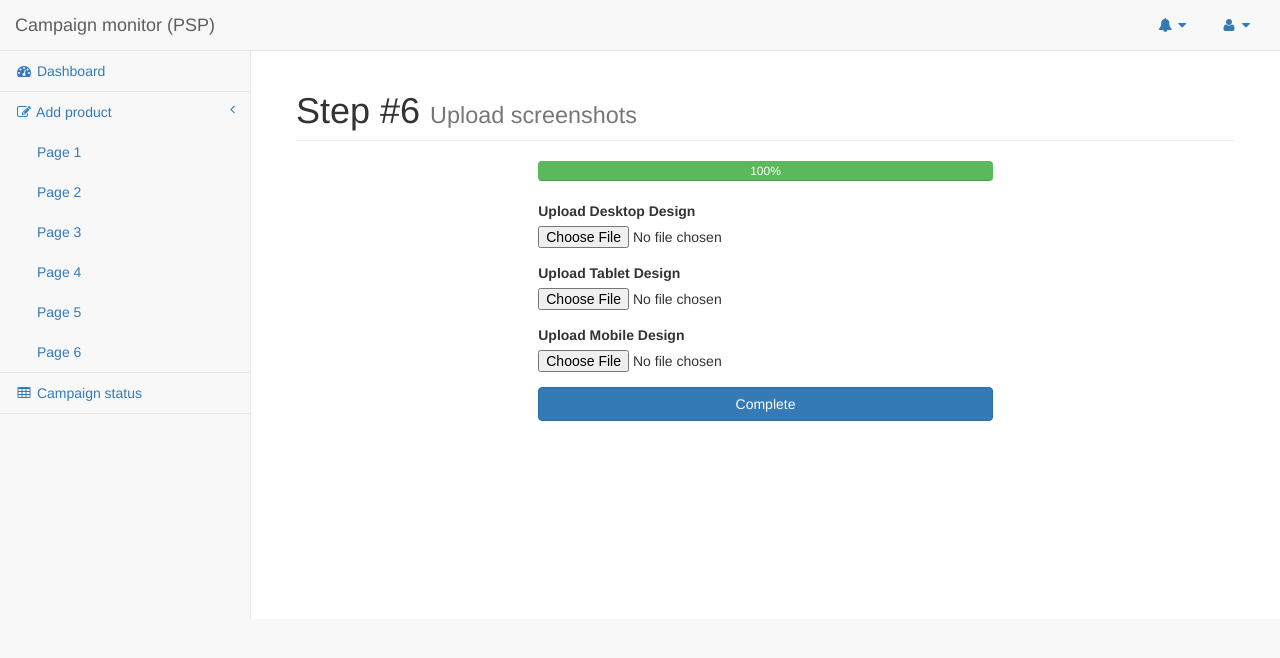
Repository: aneeshsingh/workspace
Page: http://localhost/analytics/Add_Product_Page_6.jsp
These files come from the project's save history. The page is drawn as it stood at one moment and after the next save; the edit follows.
The browser window is 1280 px wide. The pictures show the whole page.
The page is served by Tomcat 9. Other server files are loaded and not shown.

Above is the page before, as saved 2016-03-07 21:20:17.
Console error (its wording comes from the project's code and is left out).

### analytics/war/Add_Product_Page_6.jsp
<!DOCTYPE html>
<html lang="en">
<%@ page import="com.macquarie.analytics.*"%>
<%@ page import="java.util.HashMap"%>
<%@ page import="java.util.Iterator"%>
<%@ page import="java.util.Map"%>
<%@ page import="java.sql.Connection"%>
<%@page language="java" session="true"%>
<head>
<meta charset="utf-8">
<meta http-equiv="X-UA-Compatible" content="IE=edge">
<meta name="viewport" content="width=device-width, initial-scale=1">
<meta name="description" content="">
<meta name="author" content="">
<title>Campaign monitor (PSP) - Add product</title>

<!-- Bootstrap Core CSS -->
<link href="bower_components/bootstrap/dist/css/bootstrap.min.css" rel="stylesheet">

<!-- MetisMenu CSS -->
<link href="bower_components/metisMenu/dist/metisMenu.min.css" rel="stylesheet">

<!-- Timeline CSS -->
<link href="dist/css/timeline.css" rel="stylesheet">

<!-- Custom CSS -->
<link href="dist/css/sb-admin-2.css" rel="stylesheet">

<!-- Morris Charts CSS -->
<link href="bower_components/morrisjs/morris.css" rel="stylesheet">

<!-- Custom Fonts -->
<link href="bower_components/font-awesome/css/font-awesome.min.css" rel="stylesheet" type="text/css">

<!-- HTML5 Shim and Respond.js IE8 support of HTML5 elements and media queries -->
<!-- WARNING: Respond.js doesn't work if you view the page via file:// -->
<!--[if lt IE 9]>
        <script src="https://oss.maxcdn.com/libs/html5shiv/3.7.0/html5shiv.js"></script>
        <script src="https://oss.maxcdn.com/libs/respond.js/1.4.2/respond.min.js"></script>
    <![endif]-->

</head>

<body>
<div id="wrapper">
<!-- Navigation -->
<nav class="navbar navbar-default navbar-static-top" role="navigation" style="margin-bottom: 0">
	<div class="navbar-header">
		<button type="button" class="navbar-toggle" data-toggle="collapse" data-target=".navbar-collapse"> <span class="sr-only">Toggle navigation</span> <span class="icon-bar"></span> <span class="icon-bar"></span> <span class="icon-bar"></span> </button>
		<a class="navbar-brand" href="index.html">Campaign monitor (PSP)</a> </div>
	<!-- /.navbar-header -->

	<ul class="nav navbar-top-links navbar-right">
		<li class="dropdown"> <a class="dropdown-toggle" data-toggle="dropdown" href="#"> <i class="fa fa-bell fa-fw"></i> <i class="fa fa-caret-down"></i> </a>
			<ul class="dropdown-menu dropdown-alerts">
				<li> <a href="#">
					<div> <i class="fa fa-comment fa-fw"></i> New Comment <span class="pull-right text-muted small">4 minutes ago</span> </div>
					</a> </li>
				<li class="divider"></li>
				<li> <a href="#">
					<div> <i class="fa fa-twitter fa-fw"></i> 3 New Followers <span class="pull-right text-muted small">12 minutes ago</span> </div>
					</a> </li>
				<li class="divider"></li>
				<li> <a href="#">
					<div> <i class="fa fa-envelope fa-fw"></i> Message Sent <span class="pull-right text-muted small">4 minutes ago</span> </div>
					</a> </li>
				<li class="divider"></li>
				<li> <a href="#">
					<div> <i class="fa fa-tasks fa-fw"></i> New Task <span class="pull-right text-muted small">4 minutes ago</span> </div>
					</a> </li>
				<li class="divider"></li>
				<li> <a href="#">
					<div> <i class="fa fa-upload fa-fw"></i> Server Rebooted <span class="pull-right text-muted small">4 minutes ago</span> </div>
					</a> </li>
				<li class="divider"></li>
				<li> <a class="text-center" href="#"> <strong>See All Alerts</strong> <i class="fa fa-angle-right"></i> </a> </li>
			</ul>
			<!-- /.dropdown-alerts -->
		</li>
		<!-- /.dropdown -->
		<li class="dropdown"> <a class="dropdown-toggle" data-toggle="dropdown" href="#"> <i class="fa fa-user fa-fw"></i> <i class="fa fa-caret-down"></i> </a>
			<ul class="dropdown-menu dropdown-user">
				<li><a href="#"><i class="fa fa-user fa-fw"></i> User Profile</a> </li>
				<li><a href="#"><i class="fa fa-gear fa-fw"></i> Settings</a> </li>
				<li class="divider"></li>
				<li><a href="login.html"><i class="fa fa-sign-out fa-fw"></i> Logout</a> </li>
			</ul>
			<!-- /.dropdown-user -->
		</li>
		<!-- /.dropdown -->
	</ul>
	<!-- /.navbar-top-links -->

	<div class="navbar-default sidebar" role="navigation">
		<div class="sidebar-nav navbar-collapse">
			<ul class="nav" id="side-menu">
				<li> <a href="index.html"><i class="fa fa-dashboard fa-fw"></i> Dashboard</a> </li>
				<li> <a href="#"><i class="fa fa-edit fa-fw"></i> Add product<span class="fa arrow"></span></a>
					<ul class="nav nav-second-level">
						<li> <a href="Add_Product_Page_1.jsp">Page 1</a> </li>
						<li> <a href="Add_Product_Page_2.jsp">Page 2</a> </li>
						<li> <a href="Add_Product_Page_3.jsp">Page 3</a> </li>
						<li> <a href="Add_Product_Page_4.jsp">Page 4</a> </li>
						<li> <a href="Add_Product_Page_5.jsp">Page 5</a> </li>
						<li> <a href="Add_Product_Page_6.jsp">Page 6</a> </li>
					</ul>
					<!-- /.nav-second-level -->
				</li>
				<li> <a href="tables.html"><i class="fa fa-table fa-fw"></i> Campaign status</a> </li>
			</ul>
		</div>
		<!-- /.sidebar-collapse -->
	</div>
	<!-- /.navbar-static-side -->
</nav>
<div id="page-wrapper">
	<div class="container-fluid">
		<div class="row">
			<div class="col-lg-12">
				<h1 class="page-header">Step #6 <small>Upload screenshots</small></h1>
			</div>
			<!-- /.col-lg-12 -->
		</div>
		<!-- /.row -->
	</div>
	<!-- /.container -->
	<div class="container-fluid">
		<div class="row">
			<div class="col-md-push-3 col-md-6">
				<div class="progress">
					<div class="progress-bar progress-bar-success" role="progressbar" aria-valuenow="100" aria-valuemin="0" aria-valuemax="100" style="width: 100%;"> 100% </div>
				</div>
			</div>
		</div>
		<!-- /.row -->
		<div class="row">
			<div class="col-md-push-3 col-md-6">
				<form action="AddProductPageSixServlet" method="post">
					<div class="form-group">
						<label>Upload Desktop Design</label>
							<input type="file" name="file_desktop" id="file_desktop" />
						</div>
						<div class="form-group">
							<label>Upload Tablet Design</label>
							<input type="file" name="file_tablet" id="file_tablet" />
						</div>
						<div class="form-group">
							<label>Upload Mobile Design</label>
							<input type="file" name="file_mobile" id="file_mobile" />
					</div>
						<input type="hidden" name="product_id" id="product_id" value="<%=request.getAttribute("product_id")%>"/>
					<button type="submit" class="btn btn-primary btn-block text-right">Complete</button>
				</form>
			</div>
			<!-- /.row -->
		</div>
		<!-- /.container -->
	</div>
	<!-- /#page-wrapper -->
</div>
<!-- /#wrapper -->

<!-- jQuery -->
<script src="bower_components/jquery/dist/jquery.min.js"></script>

<!-- Bootstrap Core JavaScript -->
<script src="bower_components/bootstrap/dist/js/bootstrap.min.js"></script>

<!-- Metis Menu Plugin JavaScript -->
<script src="bower_components/metisMenu/dist/metisMenu.min.js"></script>

<!-- Morris Charts JavaScript -->
<script src="bower_components/raphael/raphael-min.js"></script>
<script src="bower_components/morrisjs/morris.min.js"></script>
<script src="js/morris-data.js"></script>

<!-- Custom Theme JavaScript -->
<script src="dist/js/sb-admin-2.js"></script>
</body>
</html>

### analytics/war/dist/css/timeline.css
.timeline {
    position: relative;
    padding: 20px 0 20px;
    list-style: none;
}

.timeline:before {
    content: " ";
    position: absolute;
    top: 0;
    bottom: 0;
    left: 50%;
    width: 3px;
    margin-left: -1.5px;
    background-color: #eeeeee;
}

.timeline > li {
    position: relative;
    margin-bottom: 20px;
}

.timeline > li:before,
.timeline > li:after {
    content: " ";
    display: table;
}

.timeline > li:after {
    clear: both;
}

.timeline > li:before,
.timeline > li:after {
    content: " ";
    display: table;
}

.timeline > li:after {
    clear: both;
}

.timeline > li > .timeline-panel {
    float: left;
    position: relative;
    width: 46%;
    padding: 20px;
    border: 1px solid #d4d4d4;
    border-radius: 2px;
    -webkit-box-shadow: 0 1px 6px rgba(0,0,0,0.175);
    box-shadow: 0 1px 6px rgba(0,0,0,0.175);
}

.timeline > li > .timeline-panel:before {
    content: " ";
    display: inline-block;
    position: absolute;
    top: 26px;
    right: -15px;
    border-top: 15px solid transparent;
    border-right: 0 solid #ccc;
    border-bottom: 15px solid transparent;
    border-left: 15px solid #ccc;
}

.timeline > li > .timeline-panel:after {
    content: " ";
    display: inline-block;
    position: absolute;
    top: 27px;
    right: -14px;
    border-top: 14px solid transparent;
    border-right: 0 solid #fff;
    border-bottom: 14px solid transparent;
    border-left: 14px solid #fff;
}

.timeline > li > .timeline-badge {
    z-index: 100;
    position: absolute;
    top: 16px;
    left: 50%;
    width: 50px;
    height: 50px;
    margin-left: -25px;
    border-radius: 50% 50% 50% 50%;
    text-align: center;
    font-size: 1.4em;
    line-height: 50px;
    color: #fff;
    background-color: #999999;
}

.timeline > li.timeline-inverted > .timeline-panel {
    float: right;
}

.timeline > li.timeline-inverted > .timeline-panel:before {
    right: auto;
    left: -15px;
    border-right-width: 15px;
    border-left-width: 0;
}

.timeline > li.timeline-inverted > .timeline-panel:after {
    right: auto;
    left: -14px;
    border-right-width: 14px;
    border-left-width: 0;
}

.timeline-badge.primary {
    background-color: #2e6da4 !important;
}

.timeline-badge.success {
    background-color: #3f903f !important;
}

.timeline-badge.warning {
    background-color: #f0ad4e !important;
}

.timeline-badge.danger {
    background-color: #d9534f !important;
}

.timeline-badge.info {
    background-color: #5bc0de !important;
}

.timeline-title {
    margin-top: 0;
    color: inherit;
}

.timeline-body > p,
.timeline-body > ul {
    margin-bottom: 0;
}

.timeline-body > p + p {
    margin-top: 5px;
}

@media(max-width:767px) {
    ul.timeline:before {
        left: 40px;
    }

    ul.timeline > li > .timeline-panel {
        width: calc(100% - 90px);
        width: -moz-calc(100% - 90px);
        width: -webkit-calc(100% - 90px);
    }

    ul.timeline > li > .timeline-badge {
        top: 16px;
        left: 15px;
        margin-left: 0;
    }

    ul.timeline > li > .timeline-panel {
        float: right;
    }

    ul.timeline > li > .timeline-panel:before {
        right: auto;
        left: -15px;
        border-right-width: 15px;
        border-left-width: 0;
    }

    ul.timeline > li > .timeline-panel:after {
        right: auto;
        left: -14px;
        border-right-width: 14px;
        border-left-width: 0;
    }
}

### analytics/war/dist/css/sb-admin-2.css
body {
  background-color: #f8f8f8;
}
#wrapper {
  width: 100%;
}
#page-wrapper {
  padding: 0 15px;
  min-height: 568px;
  background-color: white;
}
@media (min-width: 768px) {
  #page-wrapper {
    position: inherit;
    margin: 0 0 0 250px;
    padding: 0 30px;
    border-left: 1px solid #e7e7e7;
  }
}
.navbar-top-links {
  margin-right: 0;
}
.navbar-top-links li {
  display: inline-block;
}
.navbar-top-links li:last-child {
  margin-right: 15px;
}
.navbar-top-links li a {
  padding: 15px;
  min-height: 50px;
}
.navbar-top-links .dropdown-menu li {
  display: block;
}
.navbar-top-links .dropdown-menu li:last-child {
  margin-right: 0;
}
.navbar-top-links .dropdown-menu li a {
  padding: 3px 20px;
  min-height: 0;
}
.navbar-top-links .dropdown-menu li a div {
  white-space: normal;
}
.navbar-top-links .dropdown-messages,
.navbar-top-links .dropdown-tasks,
.navbar-top-links .dropdown-alerts {
  width: 310px;
  min-width: 0;
}
.navbar-top-links .dropdown-messages {
  margin-left: 5px;
}
.navbar-top-links .dropdown-tasks {
  margin-left: -59px;
}
.navbar-top-links .dropdown-alerts {
  margin-left: -123px;
}
.navbar-top-links .dropdown-user {
  right: 0;
  left: auto;
}
.sidebar .sidebar-nav.navbar-collapse {
  padding-left: 0;
  padding-right: 0;
}
.sidebar .sidebar-search {
  padding: 15px;
}
.sidebar ul li {
  border-bottom: 1px solid #e7e7e7;
}
.sidebar ul li a.active {
  background-color: #eeeeee;
}
.sidebar .arrow {
  float: right;
}
.sidebar .fa.arrow:before {
  content: "\f104";
}
.sidebar .active > a > .fa.arrow:before {
  content: "\f107";
}
.sidebar .nav-second-level li,
.sidebar .nav-third-level li {
  border-bottom: none !important;
}
.sidebar .nav-second-level li a {
  padding-left: 37px;
}
.sidebar .nav-third-level li a {
  padding-left: 52px;
}
@media (min-width: 768px) {
  .sidebar {
    z-index: 1;
    position: absolute;
    width: 250px;
    margin-top: 51px;
  }
  .navbar-top-links .dropdown-messages,
  .navbar-top-links .dropdown-tasks,
  .navbar-top-links .dropdown-alerts {
    margin-left: auto;
  }
}
.btn-outline {
  color: inherit;
  background-color: transparent;
  transition: all .5s;
}
.btn-primary.btn-outline {
  color: #428bca;
}
.btn-success.btn-outline {
  color: #5cb85c;
}
.btn-info.btn-outline {
  color: #5bc0de;
}
.btn-warning.btn-outline {
  color: #f0ad4e;
}
.btn-danger.btn-outline {
  color: #d9534f;
}
.btn-primary.btn-outline:hover,
.btn-success.btn-outline:hover,
.btn-info.btn-outline:hover,
.btn-warning.btn-outline:hover,
.btn-danger.btn-outline:hover {
  color: white;
}
.chat {
  margin: 0;
  padding: 0;
  list-style: none;
}
.chat li {
  margin-bottom: 10px;
  padding-bottom: 5px;
  border-bottom: 1px dotted #999999;
}
.chat li.left .chat-body {
  margin-left: 60px;
}
.chat li.right .chat-body {
  margin-right: 60px;
}
.chat li .chat-body p {
  margin: 0;
}
.panel .slidedown .glyphicon,
.chat .glyphicon {
  margin-right: 5px;
}
.chat-panel .panel-body {
  height: 350px;
  overflow-y: scroll;
}
.login-panel {
  margin-top: 25%;
}
.flot-chart {
  display: block;
  height: 400px;
}
.flot-chart-content {
  width: 100%;
  height: 100%;
}
table.dataTable thead .sorting,
table.dataTable thead .sorting_asc,
table.dataTable thead .sorting_desc,
table.dataTable thead .sorting_asc_disabled,
table.dataTable thead .sorting_desc_disabled {
  background: transparent;
}
table.dataTable thead .sorting_asc:after {
  content: "\f0de";
  float: right;
  font-family: fontawesome;
}
table.dataTable thead .sorting_desc:after {
  content: "\f0dd";
  float: right;
  font-family: fontawesome;
}
table.dataTable thead .sorting:after {
  content: "\f0dc";
  float: right;
  font-family: fontawesome;
  color: rgba(50, 50, 50, 0.5);
}
.btn-circle {
  width: 30px;
  height: 30px;
  padding: 6px 0;
  border-radius: 15px;
  text-align: center;
  font-size: 12px;
  line-height: 1.428571429;
}
.btn-circle.btn-lg {
  width: 50px;
  height: 50px;
  padding: 10px 16px;
  border-radius: 25px;
  font-size: 18px;
  line-height: 1.33;
}
.btn-circle.btn-xl {
  width: 70px;
  height: 70px;
  padding: 10px 16px;
  border-radius: 35px;
  font-size: 24px;
  line-height: 1.33;
}
.show-grid [class^="col-"] {
  padding-top: 10px;
  padding-bottom: 10px;
  border: 1px solid #ddd;
  background-color: #eee !important;
}
.show-grid {
  margin: 15px 0;
}
.huge {
  font-size: 40px;
}
.panel-green {
  border-color: #5cb85c;
}
.panel-green .panel-heading {
  border-color: #5cb85c;
  color: white;
  background-color: #5cb85c;
}
.panel-green a {
  color: #5cb85c;
}
.panel-green a:hover {
  color: #3d8b3d;
}
.panel-red {
  border-color: #d9534f;
}
.panel-red .panel-heading {
  border-color: #d9534f;
  color: white;
  background-color: #d9534f;
}
.panel-red a {
  color: #d9534f;
}
.panel-red a:hover {
  color: #b52b27;
}
.panel-yellow {
  border-color: #f0ad4e;
}
.panel-yellow .panel-heading {
  border-color: #f0ad4e;
  color: white;
  background-color: #f0ad4e;
}
.panel-yellow a {
  color: #f0ad4e;
}
.panel-yellow a:hover {
  color: #df8a13;
}

### analytics/war/js/morris-data.js
$(function() {

    Morris.Area({
        element: 'morris-area-chart',
        data: [{
            period: '2010 Q1',
            iphone: 2666,
            ipad: null,
            itouch: 2647
        }, {
            period: '2010 Q2',
            iphone: 2778,
            ipad: 2294,
            itouch: 2441
        }, {
            period: '2010 Q3',
            iphone: 4912,
            ipad: 1969,
            itouch: 2501
        }, {
            period: '2010 Q4',
            iphone: 3767,
            ipad: 3597,
            itouch: 5689
        }, {
            period: '2011 Q1',
            iphone: 6810,
            ipad: 1914,
            itouch: 2293
        }, {
            period: '2011 Q2',
            iphone: 5670,
            ipad: 4293,
            itouch: 1881
        }, {
            period: '2011 Q3',
            iphone: 4820,
            ipad: 3795,
            itouch: 1588
        }, {
            period: '2011 Q4',
            iphone: 15073,
            ipad: 5967,
            itouch: 5175
        }, {
            period: '2012 Q1',
            iphone: 10687,
            ipad: 4460,
            itouch: 2028
        }, {
            period: '2012 Q2',
            iphone: 8432,
            ipad: 5713,
            itouch: 1791
        }],
        xkey: 'period',
        ykeys: ['iphone', 'ipad', 'itouch'],
        labels: ['iPhone', 'iPad', 'iPod Touch'],
        pointSize: 2,
        hideHover: 'auto',
        resize: true
    });

    Morris.Donut({
        element: 'morris-donut-chart',
        data: [{
            label: "Download Sales",
            value: 12
        }, {
            label: "In-Store Sales",
            value: 30
        }, {
            label: "Mail-Order Sales",
            value: 20
        }],
        resize: true
    });

    Morris.Bar({
        element: 'morris-bar-chart',
        data: [{
            y: '2006',
            a: 100,
            b: 90
        }, {
            y: '2007',
            a: 75,
            b: 65
        }, {
            y: '2008',
            a: 50,
            b: 40
        }, {
            y: '2009',
            a: 75,
            b: 65
        }, {
            y: '2010',
            a: 50,
            b: 40
        }, {
            y: '2011',
            a: 75,
            b: 65
        }, {
            y: '2012',
            a: 100,
            b: 90
        }],
        xkey: 'y',
        ykeys: ['a', 'b'],
        labels: ['Series A', 'Series B'],
        hideHover: 'auto',
        resize: true
    });

});

### analytics/war/dist/js/sb-admin-2.js
$(function() {

    $('#side-menu').metisMenu();

});

//Loads the correct sidebar on window load,
//collapses the sidebar on window resize.
// Sets the min-height of #page-wrapper to window size
$(function() {
    $(window).bind("load resize", function() {
        var topOffset = 50;
        var width = (this.window.innerWidth > 0) ? this.window.innerWidth : this.screen.width;
        if (width < 768) {
            $('div.navbar-collapse').addClass('collapse');
            topOffset = 100; // 2-row-menu
        } else {
            $('div.navbar-collapse').removeClass('collapse');
        }

        var height = ((this.window.innerHeight > 0) ? this.window.innerHeight : this.screen.height) - 1;
        height = height - topOffset;
        if (height < 1) height = 1;
        if (height > topOffset) {
            $("#page-wrapper").css("min-height", (height) + "px");
        }
    });

    var url = window.location;
    var element = $('ul.nav a').filter(function() {
        return this.href == url;
    }).addClass('active').parent().parent().addClass('in').parent();
    if (element.is('li')) {
        element.addClass('active');
    }
});

Loaded but not shown: analytics/war/bower_components/bootstrap/dist/css/bootstrap.min.css (library); analytics/war/bower_components/metisMenu/dist/metisMenu.min.css (common file); analytics/war/bower_components/morrisjs/morris.css (common file); analytics/war/bower_components/font-awesome/css/font-awesome.min.css (library); analytics/war/bower_components/jquery/dist/jquery.min.js (library); analytics/war/bower_components/bootstrap/dist/js/bootstrap.min.js (library); analytics/war/bower_components/metisMenu/dist/metisMenu.min.js (common file); analytics/war/bower_components/raphael/raphael-min.js (library); analytics/war/bower_components/morrisjs/morris.min.js (library)

After the next save:
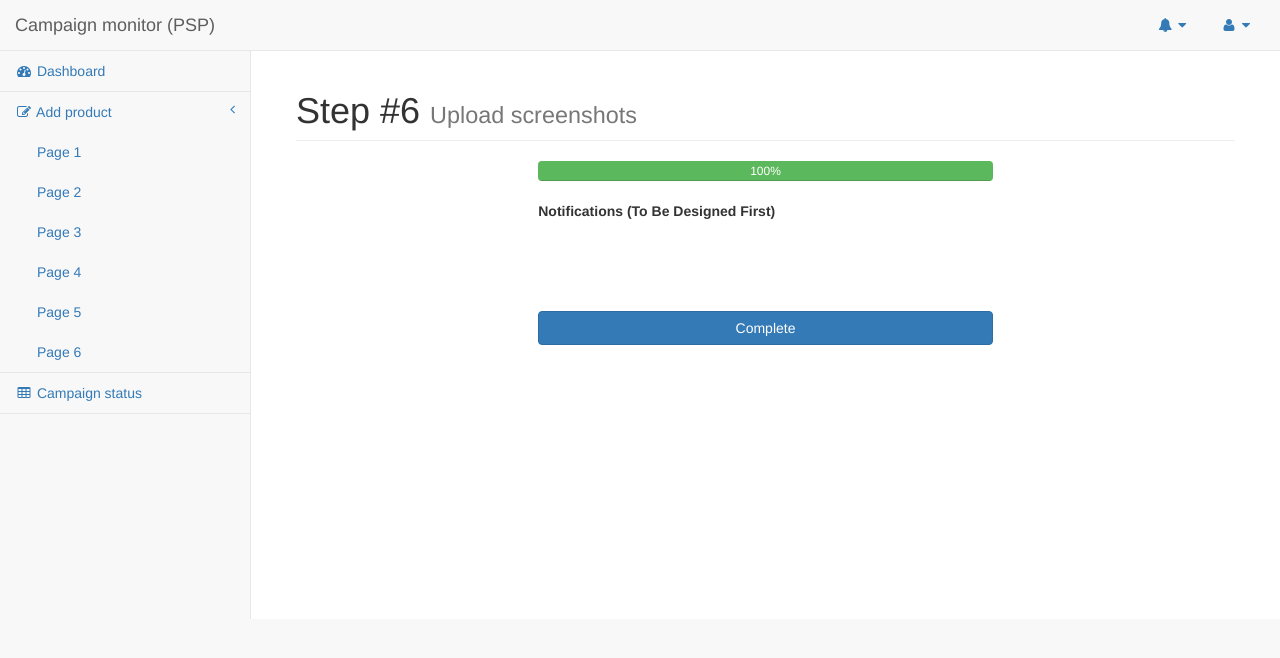
Saved 12 min 27 s later.
--- a/analytics/war/Add_Product_Page_6.jsp
+++ b/analytics/war/Add_Product_Page_6.jsp
@@ -137,16 +137,16 @@
 			<div class="col-md-push-3 col-md-6">
 				<form action="AddProductPageSixServlet" method="post">
 					<div class="form-group">
-						<label>Upload Desktop Design</label>
-							<input type="file" name="file_desktop" id="file_desktop" />
+						<label>Notifications (To Be Designed First)</label>
+							<!-- <input type="file" name="file_desktop" id="file_desktop" /> -->
 						</div>
 						<div class="form-group">
-							<label>Upload Tablet Design</label>
-							<input type="file" name="file_tablet" id="file_tablet" />
+							<label></label>
+							<!-- <input type="file" name="file_tablet" id="file_tablet" /> -->
 						</div>
 						<div class="form-group">
-							<label>Upload Mobile Design</label>
-							<input type="file" name="file_mobile" id="file_mobile" />
+							<label></label>
+							<!-- <input type="file" name="file_mobile" id="file_mobile" /> -->
 					</div>
 						<input type="hidden" name="product_id" id="product_id" value="<%=request.getAttribute("product_id")%>"/>
 					<button type="submit" class="btn btn-primary btn-block text-right">Complete</button>
